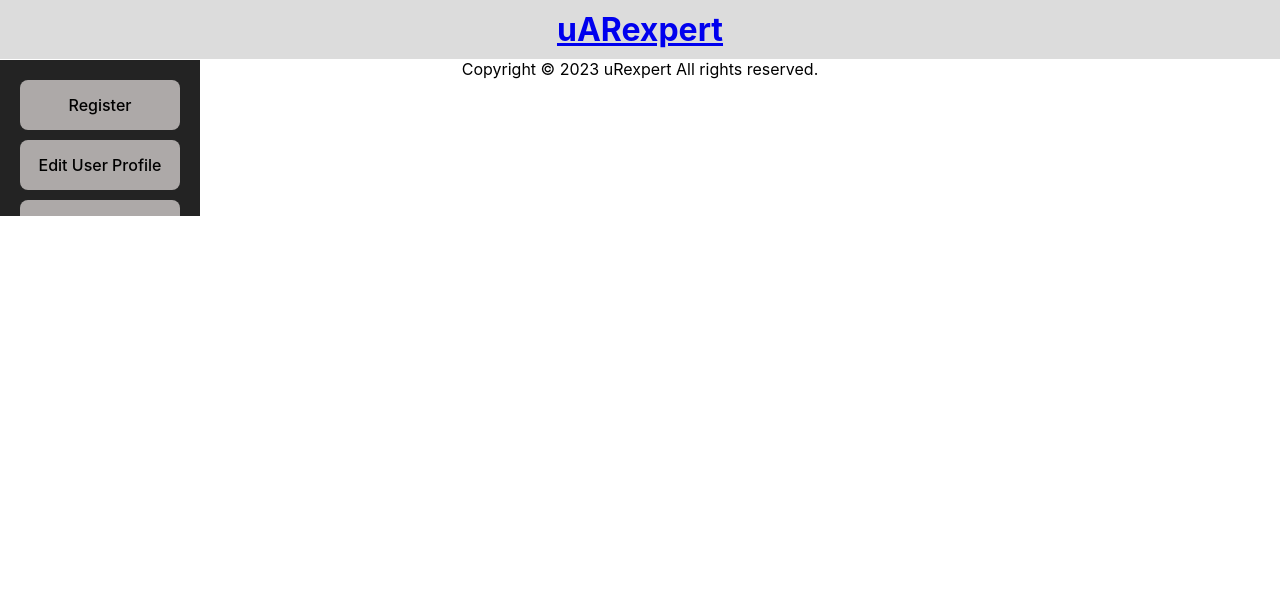
Repository: onionNguyen/Senior-Design-Project
Page: / (app in frontend/)
These files come from the project's save history. The page is drawn as it stood at one moment and after the next save; the edit follows.
The browser window is 1280 px wide. The pictures show the whole page.
The page's requests for data from a server got no answer. The project was rebuilt for these pictures with package versions that can differ from the ones it lists, and the page was loaded fresh each time. No one was signed in, and anything a server would have sent is missing. Also part of the build but not shown: frontend/src/components/form/Form.module.css, frontend/src/components/form/Input.js, frontend/src/components/pages/edit-user-profile/EditProfile.module.css, frontend/src/components/form/IndicatesRequired.js, frontend/src/components/form/MessageRibbon.js, frontend/src/components/pages/edit-user-profile/EditProfile.js, frontend/src/components/pages/login/Login.module.css, frontend/src/components/pages/login/Login.js and 7 more.

Above is the page before, as saved 2023-10-27 15:32:25.

### frontend/src/index.css
* {
  box-sizing: border-box;
  margin: 0;
  padding: 0;
}

body {
  font-family: -apple-system, BlinkMacSystemFont, "Segoe UI", "Roboto", "Oxygen",
    "Ubuntu", "Cantarell", "Fira Sans", "Droid Sans", "Helvetica Neue",
    sans-serif;
  -webkit-font-smoothing: antialiased;
  -moz-osx-font-smoothing: grayscale;
}

code {
  font-family: source-code-pro, Menlo, Monaco, Consolas, "Courier New",
    monospace;
}

### frontend/src/App.js
import { BrowserRouter as Router, Routes, Route } from "react-router-dom";
import EditProfile from "./components/pages/edit-user-profile/EditProfile";
import Login from "./components/pages/login/Login";
import Home from "./components/pages/home/Home";
import Register from "./components/pages/registration/Register";
import { AuthContext } from "./helpers/AuthContext";
import { useState, useEffect } from "react";
import axios from "axios";
import NotFound from "./components/pages/error/NotFound";
import Calendar from "./components/pages/calendar/Calendar";
import RemoteViewing from "./components/pages/remote-viewing/RemoteViewing";

function App() {
  const [authState, setAuthState] = useState({
    id: 0,
    name: "",
    email: "",
    status: false,
  });

  useEffect(() => {
    axios
      .get("http://localhost:5000/auth", {
        headers: {
          accessToken: localStorage.getItem("accessToken"),
        },
      })
      .then((response) => {
        console.log(response.data);
        if (response.data.error) {
          setAuthState({
            ...authState,
            status: false,
          });
        } else {
          setAuthState({
            id: response.data.id,
            name: response.data.name,
            email: response.data.email,
            status: true,
          });
        }
      });
  }, [authState]);

  return (
    <AuthContext.Provider value={{ authState, setAuthState }}>
      <Router>
        <Routes>
          <Route path="/" exact element={<Home />} />
          <Route path="/register" exact element={<Register />} />
          <Route path="/login" exact element={<Login />} />
          <Route path="/profile/edit" exact element={<EditProfile />} />
          <Route path="/calendar" exact element={<Calendar />} />
          <Route path="/remote-viewing" exact element={<RemoteViewing />} />
          <Route path="*" exact element={<NotFound />} />
        </Routes>
      </Router>
    </AuthContext.Provider>
  );
}

export default App;

### frontend/src/components/pages/home/Home.js
import React, { useEffect, useContext } from "react";
import SideNav from "../../sidenav/SideNav";
import Footer from "../../footer/Footer";
import Header from "../../header/Header";
import styles from "./Home.module.css";
import { AuthContext } from "../../../helpers/AuthContext";
import Unauthorized from "../error/Unauthorized";

const Home = () => {
  const { authState } = useContext(AuthContext);

  return authState ? (
    <div>
      <Header />
      <SideNav />
      <Footer />
    </div>
  ) : (
    <Unauthorized />
  );
};

export default Home;

### frontend/src/components/footer/Footer.js
import React from "react";
import styles from "./Footer.module.css";

const Footer = () => {
  return (
    <div className={styles["footer"]}>
      <p>Copyright &copy; 2023 uRexpert All rights reserved.</p>
    </div>
  );
};

export default Footer;

### frontend/src/components/header/Header.js
import React from "react";
import styles from "./Header.module.css";
import { useContext } from "react";
import { AuthContext } from "../../helpers/AuthContext";
import { useNavigate, Link } from "react-router-dom";

const Header = () => {
  const { authState, setAuthState } = useContext(AuthContext);
  const navigate = useNavigate();

  const logout = () => {
    localStorage.removeItem("accessToken");
    setAuthState({
      id: 0,
      name: "",
      email: "",
      status: false,
    });
    navigate("/login");
  };

  return (
    <div className={styles["header"]}>
      <Link to="/">
        <h1>uARexpert</h1>
      </Link>
      {authState.status && <h2>{authState.name}</h2>}
      {authState.status && <button onClick={logout}>Logout</button>}
    </div>
  );
};

export default Header;

### frontend/src/components/sidenav/SideNav.js
import React from "react";
import styles from "./SideNav.module.css";
import { Link } from 'react-router-dom';

const SideNav = (props) => {
  return (
    <div className={styles.sidenav}>
      <ul className={styles.listGroup}>
        <li className={styles.listItem}>
          <Link to="/register">Register</Link>
        </li>
        <li className={styles.listItem}>
          <Link to="/profile/edit">Edit User Profile</Link>
        </li>
        <li className={styles.listItem}>
          <Link to="/remote-viewing">Remote Viewing</Link>
        </li>
        <li className={styles.listItem}>
          <Link to="/calendar">Calendar</Link>
        </li>
      </ul>
    </div>
  );
};

export default SideNav;

### frontend/src/components/header/Header.module.css
.header {
  display: flex;
  justify-content: center;
  align-items: center;
  background-color: gainsboro;
  padding: 10px 20px;
}

.left-aligned {
  display: flex;
  align-items: center;
}

#logo img {
  margin-right: 15px; /* Adjust as needed */
}

### frontend/src/components/sidenav/SideNav.module.css
.sidenav {
  height: calc(30vh - 60px);
  width: 200px; /* Fixed width to ensure uniform look across different screens */
  max-width: 80%; /* Ensure it doesn't consume too much space on smaller screens */
  z-index: 1;
  top: 60px;
  left: 0;
  background-color: #232323; /* Darker color for contrast */
  transition: 0.5s ease;
  overflow-x: hidden;
  padding: 20px;
  display: flex;
  flex-direction: column;
  align-items: center;
  position: fixed;
  overflow-y: auto;
}

.listGroup {
  width: 100%;
  list-style-type: none;
  padding: 0;
}

.listItem {
  width: 100%;
  padding: 15px 10px;
  text-align: center;
  margin-bottom: 10px;
  border-radius: 8px; /* Added border radius */
  background-color: #ada9a8;
  transition: background-color 0.3s ease; /* Transition effect for hover */
}

.listItem:hover {
  background-color: #7a7675; /* Change color on hover */
}

.listItem a {
  text-decoration: none;
  color: black; /* Ensure text is black, change as per your preference */
  font-weight: 500; /* Slightly bolder font */
  transition: color 0.3s ease; /* Transition effect for hover */
}

.listItem a:hover {
  color: white; /* Change color on hover */
}

Loaded but not shown: frontend/public/index.html (common file); frontend/src/index.js (common file); frontend/src/reportWebVitals.js (common file); frontend/src/helpers/AuthContext.js (common file); frontend/src/components/footer/Footer.module.css (common file)

After the next save:
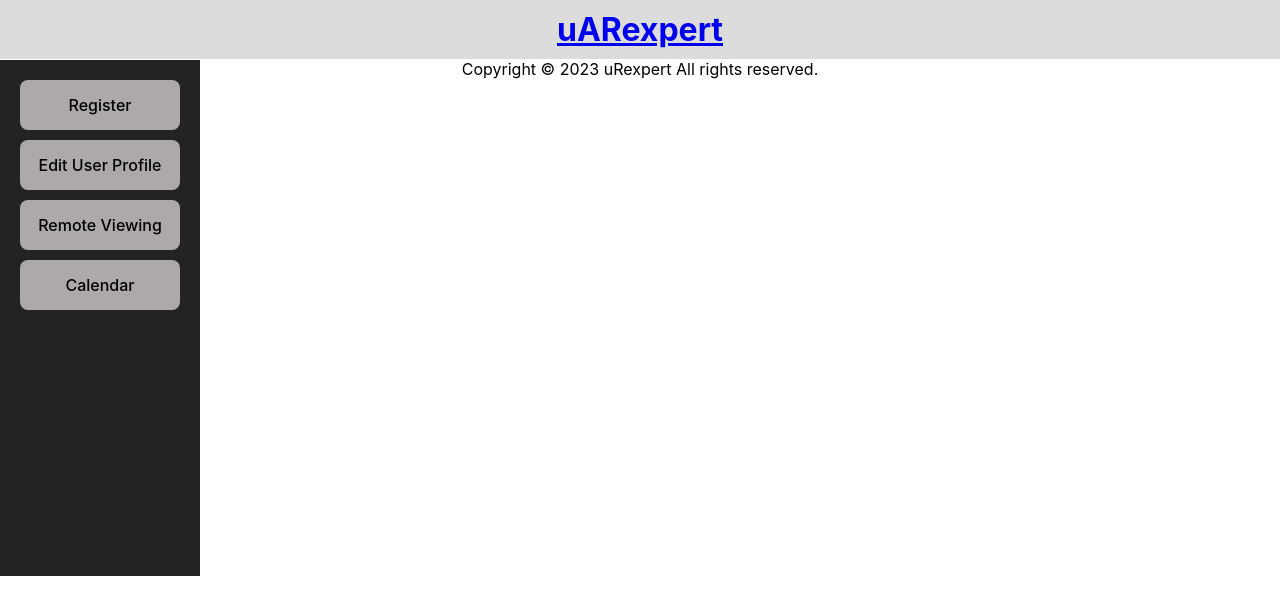
Saved 4 min 35 s later.
--- a/frontend/src/components/sidenav/SideNav.module.css
+++ b/frontend/src/components/sidenav/SideNav.module.css
@@ -1,5 +1,5 @@
 .sidenav {
-  height: calc(30vh - 60px);
+  height: calc(80vh - 60px);
   width: 200px; /* Fixed width to ensure uniform look across different screens */
   max-width: 80%; /* Ensure it doesn't consume too much space on smaller screens */
   z-index: 1;
